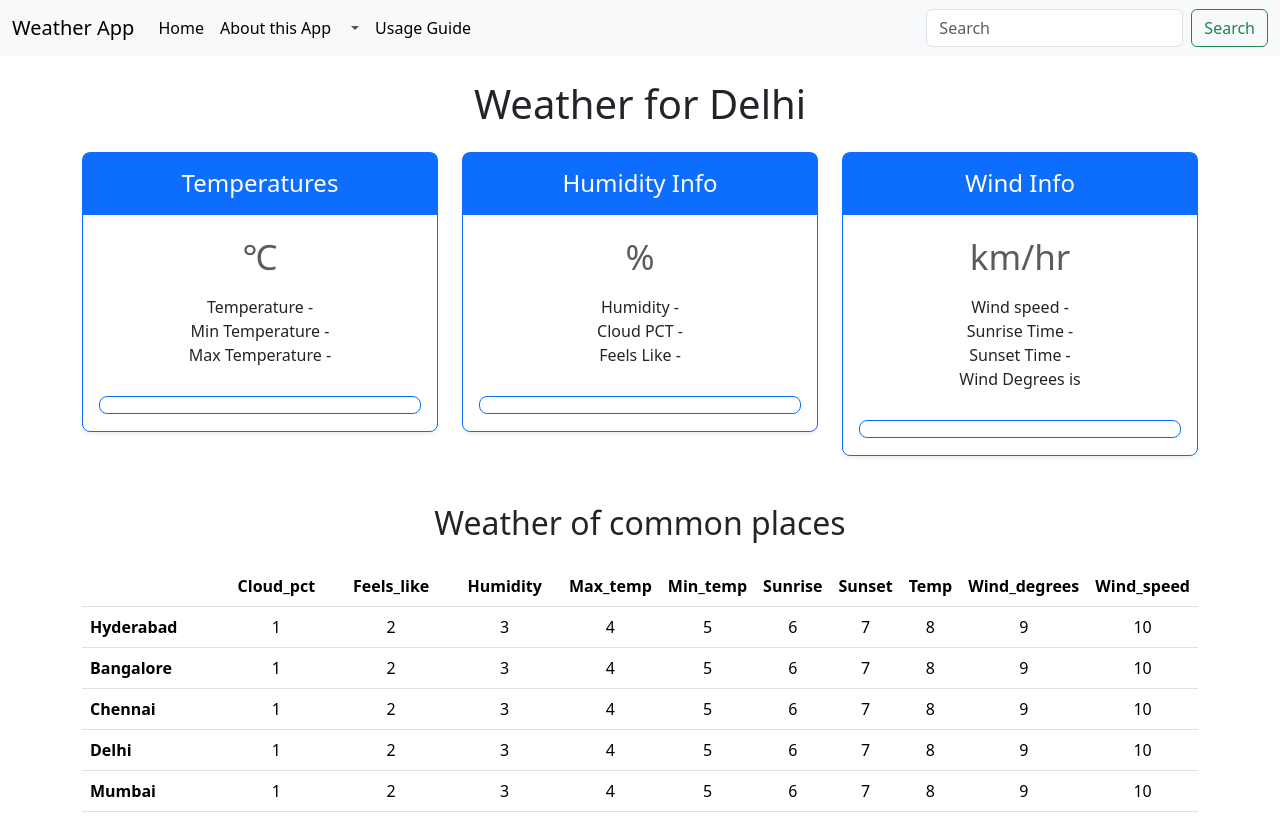
Repository: Abhilash2909/weather
Page: index.html
An editor plug-in stored every save of this project. The page is shown before and after a run of saves, followed by the edit.
The browser window is 1280 px wide. The pictures show the whole page.
The page's requests for data from a server got no answer.

Above is the page before, as saved 2024-02-15 15:01:57.

After the next 2 saves:
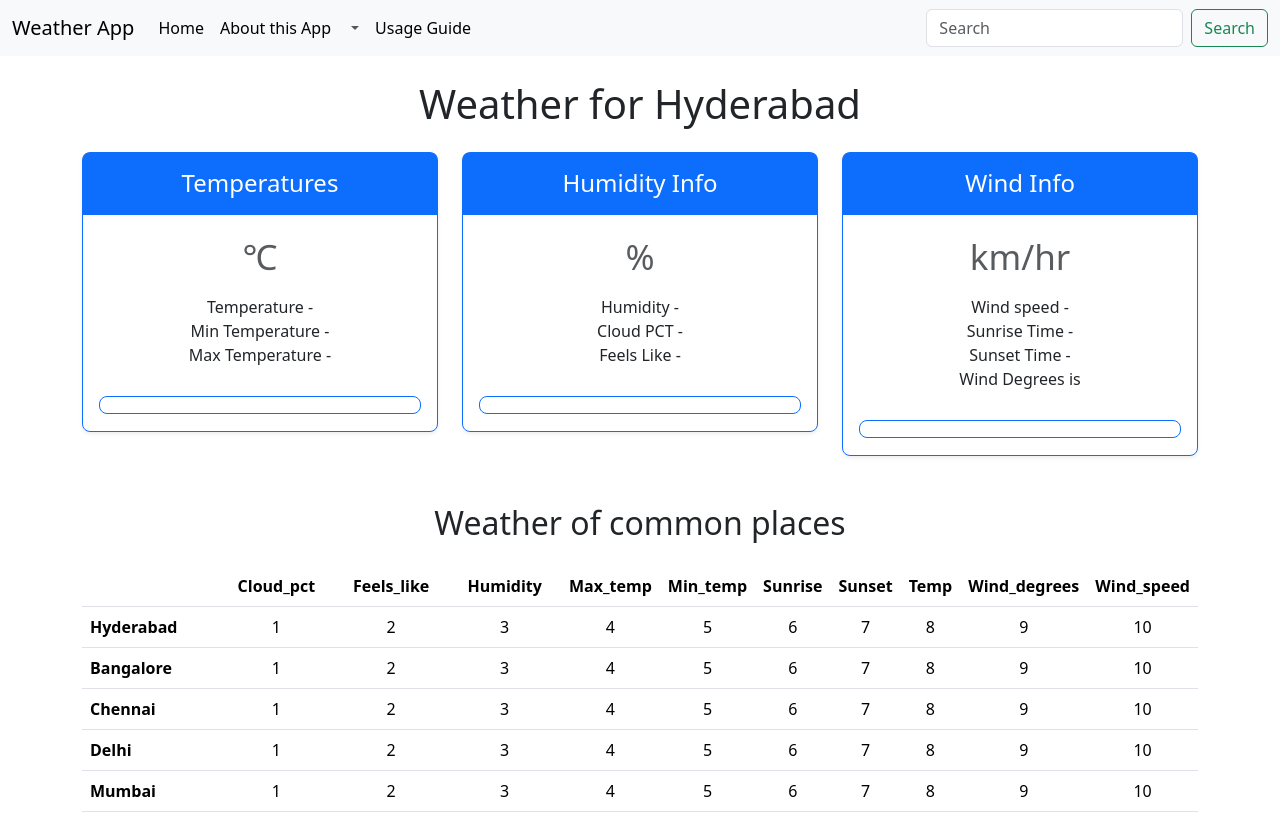
The 2 saves are shown as one change because they came seconds apart.
The last was saved 3 min 43 s later.
--- a/script.js
+++ b/script.js
@@ -33,7 +33,7 @@ submit.addEventListener("click", (e)=>{
   getWeather(city.value)
 })
 
-getWeather("Delhi")
+getWeather("Hyderabad")
 
 // let unix_timestamp = 1549312452;
 
